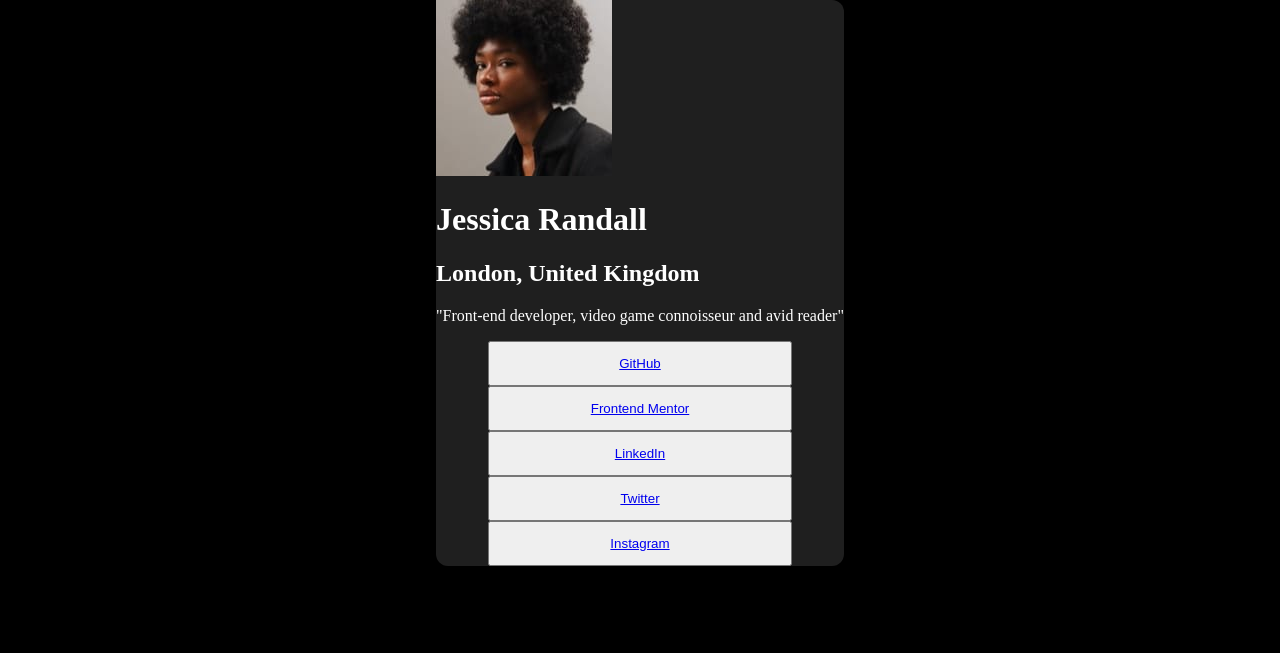
Repository: brandontaylor1/social-links-profile
Page: index.html
The author's editor kept a copy of each file at every save. The page is drawn from the files as they stood at one save, then again after a run of saves.
The browser window is 1280 px wide. The pictures show the whole page.

Above is the page before, as saved 2024-12-25 17:05:48.

After the next 2 saves:
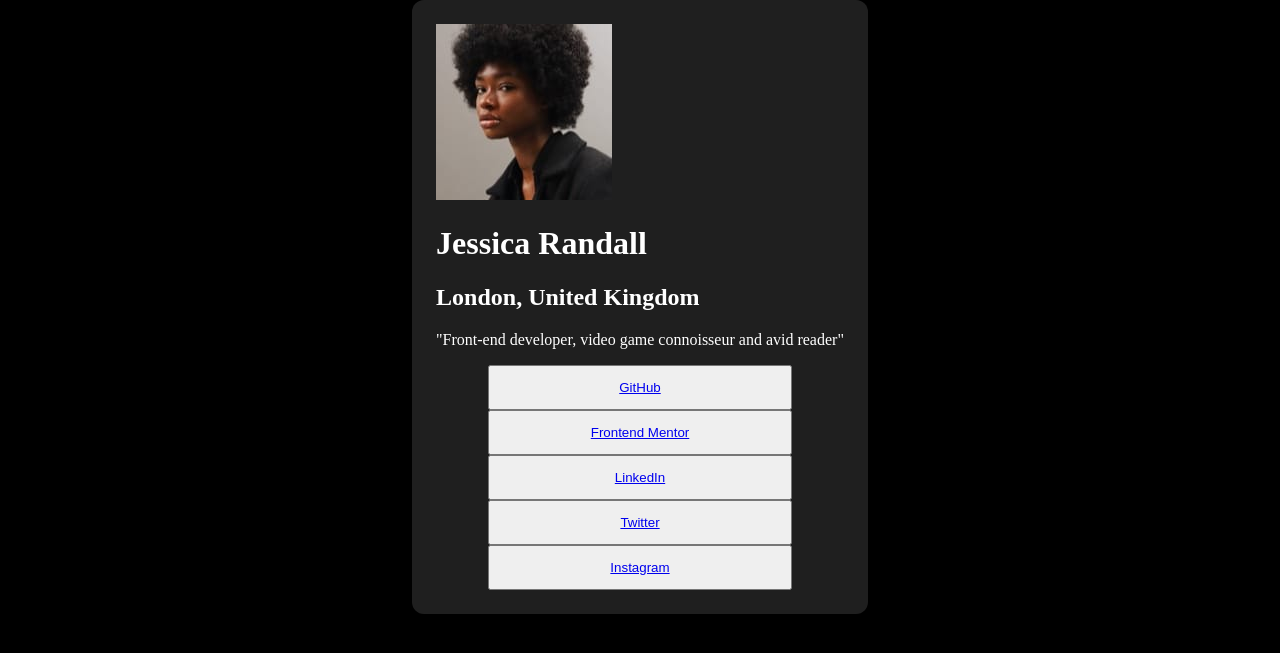
The 2 saves are shown as one change because they came seconds apart.
The last was saved 9 s later.
--- a/styles.css
+++ b/styles.css
@@ -29,6 +29,7 @@ body {
     justify-content: center;
     align-items: center;
     border-radius: 12px;
+    padding: 24px;
 }
 
 
